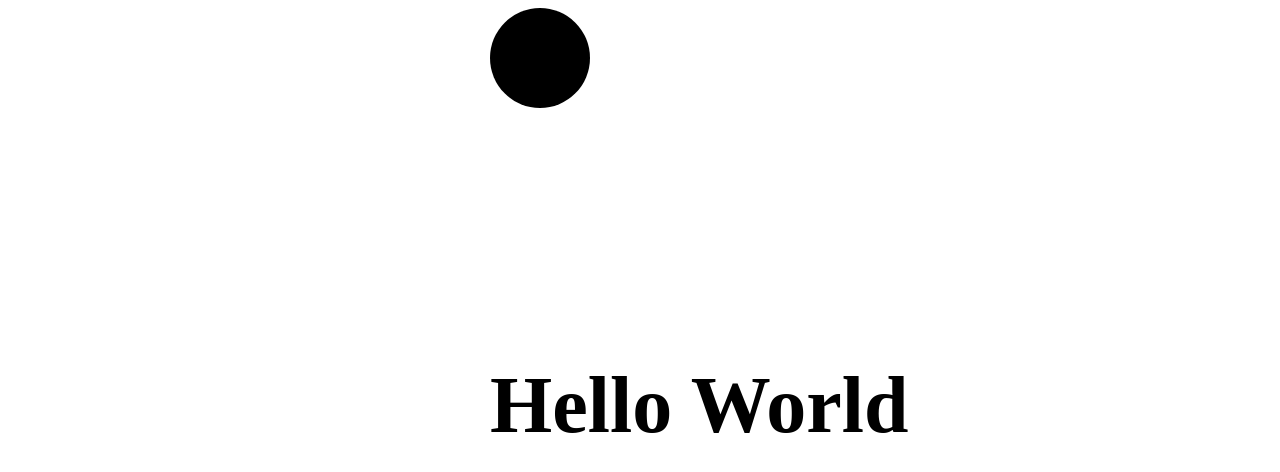
Repository: sarahlochhead/css-demo
Page: index.html
An editor plug-in stored every save of this project. The page is shown before and after a run of saves, followed by the edit.
The browser window is 1280 px wide. The pictures show the whole page.

Above is the page before, as saved 2023-04-28 12:08:46.

After the next 2 saves:
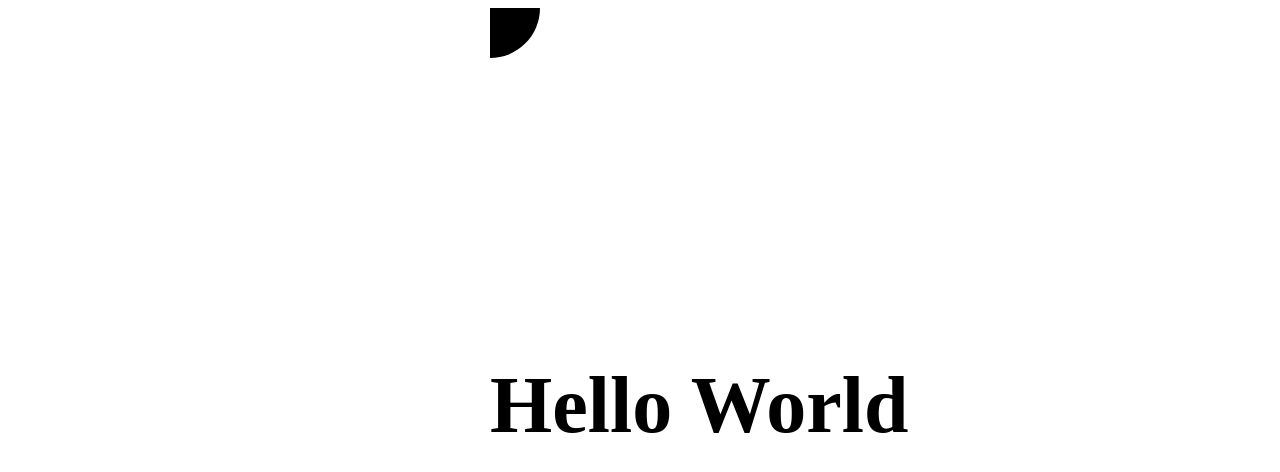
The 2 saves are shown as one change because they came seconds apart.
The last was saved 10 s later.
--- a/index.html
+++ b/index.html
@@ -12,7 +12,7 @@
         <h1>Hello World</h1>
     </header>
     <svg class="small">
-        <circle cx="50" cy="50" r="50" />
+        <circle cx="0" cy="0" r="50" />
     </svg>
 
 

After the 2 saves that followed:
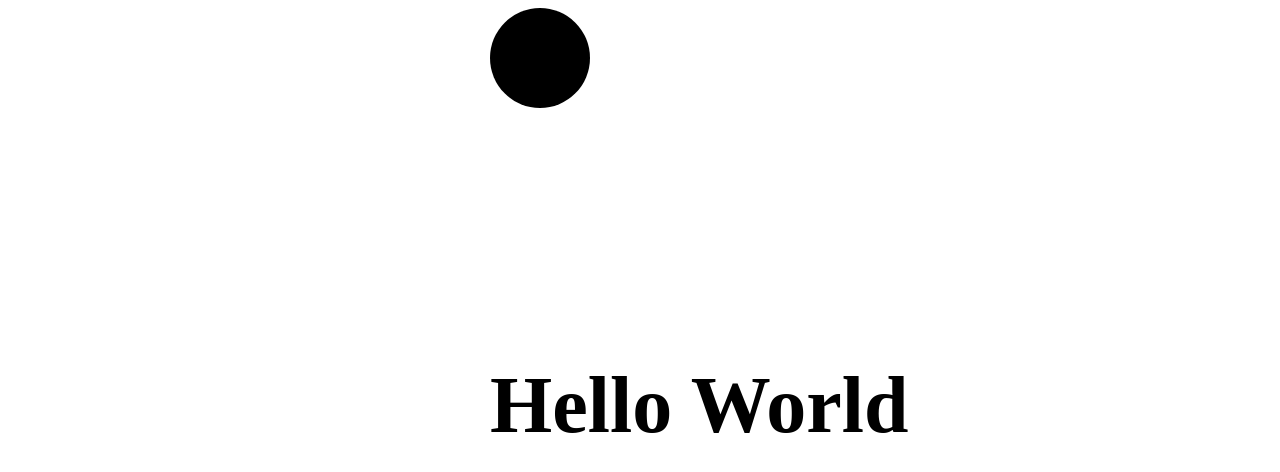
The 2 saves are shown as one change because they came seconds apart.
The last was saved 52 s later.
--- a/index.html
+++ b/index.html
@@ -12,7 +12,7 @@
         <h1>Hello World</h1>
     </header>
     <svg class="small">
-        <circle cx="0" cy="0" r="50" />
+        <circle cx="50" cy="50" r="50" />
     </svg>
 
 
